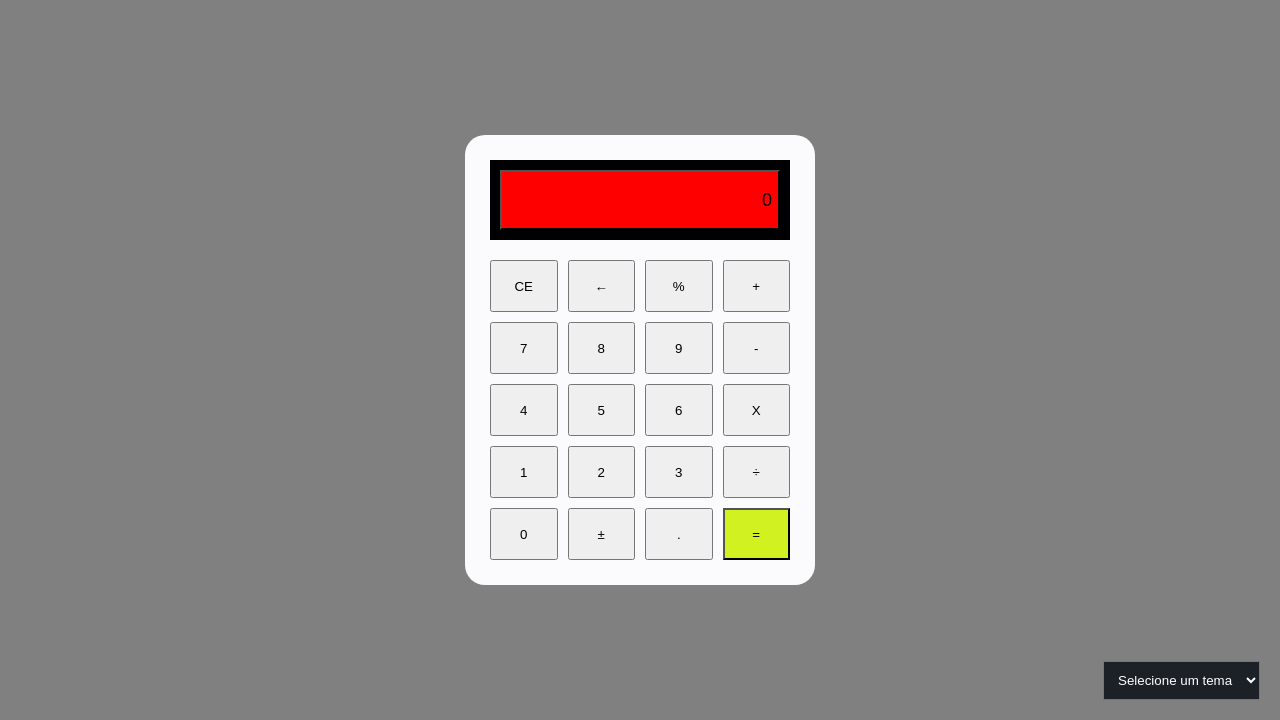
Repository: thislucasme/changing-theme-color-html-css-js
Page: index.html
An editor plug-in stored every save of this project. The page is shown before and after the next save, followed by the edit.
The browser window is 1280 px wide. The pictures show the whole page.

Above is the page before, as saved 2022-06-29 16:27:53.

### index.html
<!DOCTYPE html>
<html lang="pt_BR">

<head>
    <meta charset="UTF-8">
    <meta http-equiv="X-UA-Compatible" content="IE=edge">
    <meta name="viewport" content="width=device-width, initial-scale=1.0">
    <title>Atividade 22 - Calculadora Javascript</title>
    <link href="css/estilo.css" rel="stylesheet"/>
</head>

<body>
    <div class="calculadora">
        <div class="painel" >
            <div class="operacao" ></div>
            <div class="resultado"></div>
            <button id="resultado"  name="resultado">0</button>
        </div>

        <div class="botoes">
            <button class="botao" id="apagar" onclick="limpar(0)">CE</button>
            <button class="botao" id="apagar" onclick="apagarUltimo()">&#8592;</button>
            <button class="botao" id="porcentagem" onclick="porcentagem()">%</button>
            <button class="botao" id="soma" onclick="verificarSinal('+')">+</button>
            <button class="botao" id="sete" onclick="pegarNumero(7)">7</button>
            <button class="botao" id="oito" onclick="pegarNumero(8)">8</button>
            <button class="botao" id="nove" onclick="pegarNumero(9)">9</button>
            <button class="botao" id="subtrair" onclick="verificarSinal('-')">-</button>
            <button class="botao" id="quatro" onclick="pegarNumero(4)">4</button>
            <button class="botao" id="cinco" onclick="pegarNumero(5)">5</button>
            <button class="botao" id="seis" onclick="pegarNumero(6)">6</button>
            <button class="botao" id="multiplicar" onclick="verificarSinal('x')">X</button>
            <button class="botao" id="um" onclick="pegarNumero(1)">1</button>
            <button class="botao" id="dois" onclick="pegarNumero(2)">2</button>
            <button class="botao" id="3" onclick="pegarNumero(3)">3</button>
            <button class="botao" id="dividir" onclick="verificarSinal('/')">&#247;</button>
            <button class="botao" id="0" onclick="pegarNumero(0)">0</button>
            <button class="botao" id="mais/menos" onclick="mudarSinal()">&#177;</button>
            <button class="botao" id="virgula" onclick="colocarPonto()">.</button>
            <button class="botao" id="igual" onclick="darResultado()">=</button>
        </div>
    </div>
    <select name="tema" id="tema" >
        <option value="t">Selecione um tema</option>
        <option value="tema-1">Tema 1</option>
        <option value="tema-2">Tema 2</option>
        <option value="tema-3">Tema 3</option>
        <option value="tema-4">Tema 4</option>
        <option value="tema-5">Tema 5</option>
    </select>
</body>

<script src="js/script.js" ></script>

</html>

### css/estilo.css
body {
    background-color: grey;
}

html {
    margin: 0;
    padding: 0;
    height: 100vh;
    display: flex;
    justify-content: center;
    align-items: center;
}

.theme-light {
    --color-primary: #0060df;
    --color-secondary: #fbfbfe;
    --color-accent: #fd6f53;
    --font-color: #000000;
    --visor-color: #000000;
    --visor-interno-color: #696969;
    --cor-botao-igual: rgb(210, 241, 33);
}

.theme-dark {
    --color-primary: #17ed90;
    --color-secondary: #243133;
    --color-accent: #12cdea;
    --font-color: #ffffff;
    --visor-color: #000000;
    --visor-interno-color: #575107;
    --cor-botao-igual: rgb(238, 61, 61);
}

.calculadora {
    width: 300px;
    height: 400px;
    background-color: var(--color-secondary);
    border-radius: 20px;
    padding: 25px;
    display: flex;
    flex-direction: column;

}

#igual {
    background-color: var(--cor-botao-igual);
}



.painel {
    height: 80px;
    width: 100%;
    background-color: var(--visor-color);
    margin-bottom: 20px;
    font-family: 'LCDMono2 Bold', monospace;
    color: rgba(0, 0, 0, 0.6);
    text-shadow: 4px 4px 3px rgb(0 0 0 / 30%);
    padding: 10px;
    box-sizing: border-box;
    text-align: right;
}

#resultado {
    background-color: red;
    height: 60px;
    width: 100%;
    text-align: right;
    font-size: 18px;
}

.botoes {

    display: grid;
    grid-template-columns: repeat(4, 1fr);
    grid-template-rows: repeat(5, 1fr);
    gap: 10px;
    flex: 1;
}

.botoes a {

    background-color: #666;
    text-decoration: none;
    color: black;
    text-align: center;
    font-size: 1.5em;
    display: flex;
    justify-content: center;
    align-items: center;
}

.btn-igual {
    grid-row-start: 4;
    grid-row-end: 6;
    grid-column-start: 4;

}

.btn-c {
    grid-column-start: 1;
    grid-column-end: 3;
}

.btn-0 {
    grid-column-start: 1;
    grid-column-end: 3;
}

#tema {
    background-color: rgb(28, 32, 39);
    color: white;
    padding: 10px;
    position: fixed;
    bottom: 20px;
    right: 20px;
}

#tema>option:hover {
    box-shadow: 0 0 10px 100px #a86218 inset;

}

.tema-1 {
    background-color: grey;
}

.tema-1 .botoes a {
    background-color: aquamarine;
    box-shadow: #666;
}

.tema-2 {
    background-color: red;
}

.tema-3 {
    background-color: azul;
}

.tema-4 {
    background-color: aquamarine;
}

@font-face {
    font-family: 'LCDMono2 Bold';
    font-style: normal;
    font-weight: normal;
    src: local('LCDMono2 Bold'), url('../fonts/LCDM2B__.woff') format('woff');
}

### js/script.js
const nmrTela = document.getElementById("resultado")
var valoresEspaco = '';
var valores = []
window.addEventListener("keydown", teclado);



function pegarNumero(numero) {
    if (nmrTela.innerHTML == "0") {
        nmrTela.innerHTML = numero
    }
    else {
        nmrTela.innerHTML += `${numero}`
    }
}

function verificarSinal(sinal) {
    if (valores.length <= 1) {
        valoresEspaco = nmrTela.innerHTML.split(' ')
        valores.push(parseFloat(nmrTela.innerHTML))
        nmrTela.innerHTML += ` ${sinal} `
        valores.push(sinal)
    }
}

function porcentagem() {
    var caracteres = nmrTela.innerHTML.split(' ')
    console.log(caracteres.length, caracteres)
    if (caracteres.length == 3) {
        var valorPorCento = parseFloat(caracteres[2]) / 100
        var caracteresValor2 = caracteres[2].split('')
        if (caracteresValor2.length != 0) {
            if (caracteresValor2[caracteresValor2.length - 1] != "%") {
                nmrTela.innerHTML += '%'
            }
            valores.push(valorPorCento)
        }
    }
}

function colocarPonto() {
    var caracteresDaConta = []
    var caracteresValor1 = []
    var caracteresValor2 = []
    caracteresDaConta.push(nmrTela.innerHTML.trim().split(' '))//separa entre valor 1, operação e valor2
    caracteresValor1.push(caracteresDaConta[0][0].split(''))//separa cada caractere do valor 1

    if (caracteresDaConta[0].length == 3) {
        caracteresValor2.push(caracteresDaConta[0][2].split(''))//se exister 3 posições, separa cada caractere do valor 2
        verificarSeExistePonto(caracteresValor2)
    }

    verificarSeExistePonto(caracteresValor1)

    function verificarSeExistePonto(caracteresValor) {
        for (let i in caracteresValor[0]) {
            if (caracteresValor[0][i] == '.') {
                var acumuladora = '.'
            }
        }

        if (!(acumuladora == '.')) {
            nmrTela.innerHTML += '.'
        }
    }
}

function mudarSinal() {
    const caracteresDaConta = nmrTela.innerHTML.trim().split(' ')
    let caracteresValor1 = caracteresDaConta[0].split('')
    let valor1 = ''
    let valor2 = ''

    if (caracteresDaConta.length == 3) {
        var caracteresValor2 = caracteresDaConta[2].split('')

        if (caracteresValor2[0] == '-') {
            caracteresValor2.shift()
            imprimirValor(caracteresValor2, valor2, caracteresDaConta)
        }
        else {
            caracteresValor2.unshift('-')
            imprimirValor(caracteresValor2, valor2, caracteresDaConta);
        }
    }

    if (valores.length == 0) {
        if (caracteresValor1[0] == "-") {
            caracteresValor1.shift()
            imprimirValor(caracteresValor1, valor1)
        }
        else {
            caracteresValor1.unshift('-')
            imprimirValor(caracteresValor1, valor1)
        }
    }

    function imprimirValor(caracteresValor, valorNumero, caracteresConta) {
        caracteresValor.forEach(valor => {
            valorNumero += valor;
        })
        if (caracteresConta != undefined) {
            nmrTela.innerHTML = `${caracteresConta[0]} ${caracteresConta[1]} ${valorNumero}`
        }
        else {
            nmrTela.innerHTML = valorNumero
        }
    }
}

function darResultado() {
    var resultado = 0
    var operacao = valores[1]
    if (operacao == '-') {
        tratarResultado('-')
    }
    else if (operacao == '+') {
        tratarResultado('+')
    }
    else if (operacao == 'x') {
        tratarResultado('*')
    }
    else if (operacao == '/') {
        tratarResultado('/')
    }
    valores.splice(0, 3)

    function tratarResultado(operacao) {
        valoresEspaco = nmrTela.innerHTML.split(' ')
        valores.push(valoresEspaco[2])
        switch (operacao) {
            case '-':
                resultado = parseFloat(valores[0]) - parseFloat(valores[2])
                limpar(resultado)
                break;
            case '+':
                resultado = parseFloat(valores[0]) + parseFloat(valores[2])
                limpar(resultado)
                break;
            case '*':
                resultado = parseFloat(valores[0]) * parseFloat(valores[2])
                limpar(resultado)
                break;
            case '/':
                resultado = parseFloat(valores[0]) / parseFloat(valores[2])
                limpar(resultado)
                break;
        }
    }
}

function limpar(valor) {
    valores.splice(0, 3)
    nmrTela.innerHTML = valor
}

function apagarUltimo() {
    var caracteres = nmrTela.innerHTML.trim().split('')
    var arrayCaracteresTela = ""
    caracteres.pop()
    for (let i in caracteres) { arrayCaracteresTela += caracteres[i] }
    if ((arrayCaracteresTela == []) || (arrayCaracteresTela == '-')) {
        nmrTela.innerHTML = 0
    }
    else {
        nmrTela.innerHTML = arrayCaracteresTela
    }

    if (caracteres.length == 0) {
        valores.pop()
        valores.pop()
    }
}

function teclado() {
    const numbers = '0123456789'
    const operadores = '+-/x'
    var tecla = event.key
    if (numbers.includes(tecla)) {
        pegarNumero(tecla)
    }
    else if (operadores.includes(tecla)) {
        verificarSinal(tecla)
    }
    else switch (tecla) {
        case '*':
            verificarSinal('x')
            break;
        case '%':
            porcentagem()
            break;
        case '.':
        case ',':
            colocarPonto();
            break;
        case '=':
        case 'Enter':
            darResultado();
            break;
        case 'Backspace':
            apagarUltimo()
            break;
        case 'Escape':
            limpar(0);
            break;
    }
}

const options = document.getElementById("tema");

options.addEventListener("change", function () {
    if (options.value) {
        if (options.value === "tema-1") {
            console.log("tema 1")
        }
        if (options.value === "tema-2") {
            document.getElementsByClassName("calculadora-dois").classList.remove("calculadora-dois");
            document.getElementsByClassName("calculadora-dois").classList.add("calculadora");
        }
        if (options.value === "tema-3") {
            console.log("tema 3")
        }
        if (options.value === "tema-4") {
            console.log("tema 4")
        }
    }
});
function setTheme(themeName) {
    // localStorage.setItem('theme', themeName);
    document.documentElement.className = themeName;
}
setTheme('theme-light');

After the next save:
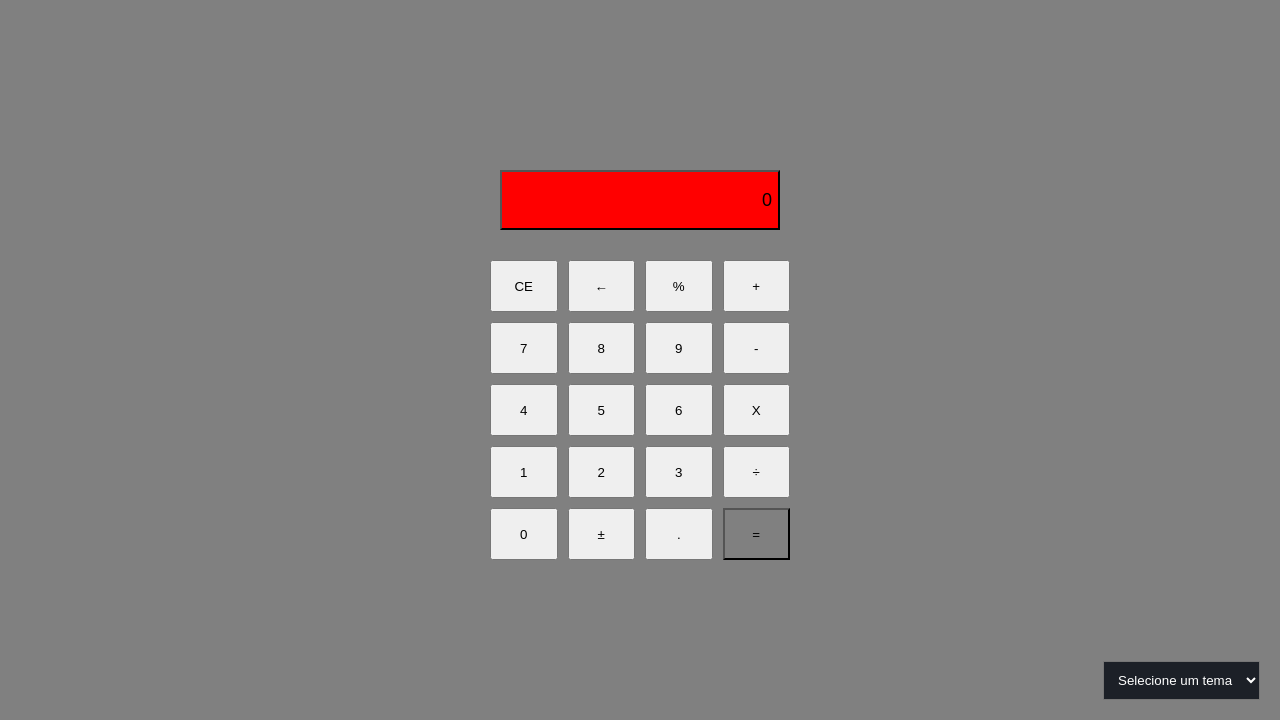
Saved 101 s later.
--- a/css/estilo.css
+++ b/css/estilo.css
@@ -11,7 +11,7 @@ html {
     align-items: center;
 }
 
-.theme-light {
+.tema-1 {
     --color-primary: #0060df;
     --color-secondary: #fbfbfe;
     --color-accent: #fd6f53;
